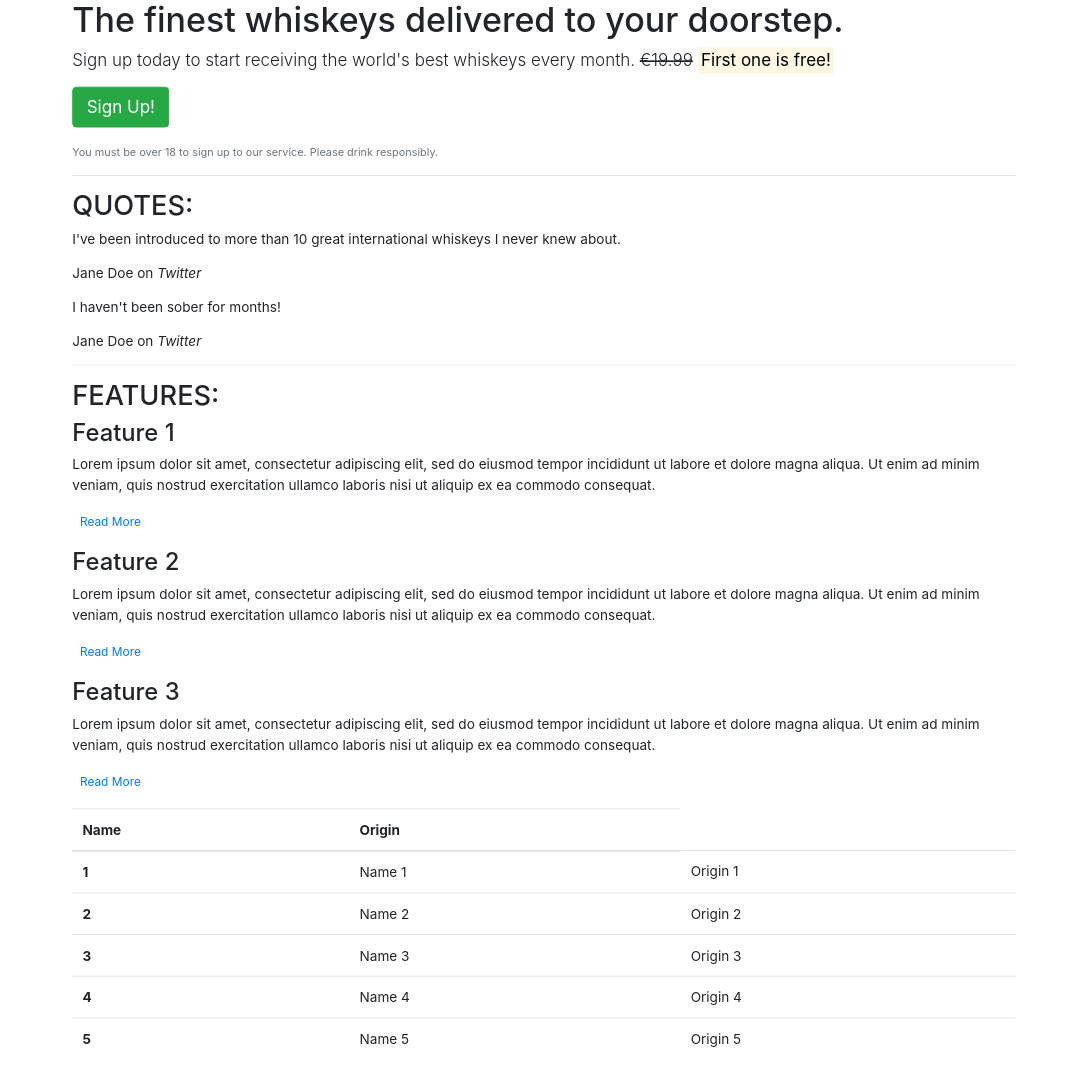
Repository: ElaineArchbold/bootstrap_landing_page1
Page: index.html
The author's editor kept a record of every edit. The page is drawn from the files as they stood at one moment, then again after the next edit.
The browser window is 1280 px wide. The pictures show the whole page, at 85% of full size.

Above is the page before.

### index.html
<!DOCTYPE html>
<html lang="en-us">

<head>
    <meta charset="utf-8">
    <meta name="viewport" content="width=device-width, initial-scale=1.0">
    <title>Whiskey Drop | Taste a new whiskey every month</title>
    <link rel="stylesheet" href="https://maxcdn.bootstrapcdn.com/bootstrap/4.1.3/css/bootstrap.min.css">
</head>

<body>
    <article class="container">
        <!-- Callout -->
        <section class="callout">
            <h1>The finest whiskeys delivered to your doorstep.</h1>
            <p class="lead">Sign up today to start receiving the world's best whiskeys every month. <s>€19.99</s> <strong><mark>First one is free!</mark></strong></p>
            <p><button class="btn btn-lg btn-success">Sign Up!</button></p>
            <p class="text-muted"><small>You must be over 18 to sign up to our service. Please drink responsibly.</small></p>
        </section>
        <!-- /.callout -->
        <hr>

        <!-- Quotes -->
        <section class="quotes">
            <h2 class="text-uppercase">Quotes:</h2>
            <blockquote class="quote">
                <p>I've been introduced to more than 10 great international whiskeys I never knew about.</p>
                <footer>Jane Doe on <cite title="Twitter">Twitter</cite></footer>
            </blockquote>
            <blockquote class="quote">
                <p>I haven't been sober for months!</p>
                <footer>Jane Doe on <cite title="Twitter">Twitter</cite></footer>
            </blockquote>
        </section>
        <!-- /.quotes -->
        <hr>

        <!-- Features -->
        <section class="features">
            <h2 class="text-uppercase">Features:</h2>
            <div class="feature">
                <h3>Feature 1</h3>
                <p>Lorem ipsum dolor sit amet, consectetur adipiscing elit, sed do eiusmod tempor incididunt ut labore et dolore magna aliqua. Ut enim ad minim veniam, quis nostrud exercitation ullamco laboris nisi ut aliquip ex ea commodo consequat.</p>
                <p><a class="btn btn-sm btn-default" href="">Read More</a></p>
            </div>
            <div class="feature">
                <h3>Feature 2</h3>
                <p>Lorem ipsum dolor sit amet, consectetur adipiscing elit, sed do eiusmod tempor incididunt ut labore et dolore magna aliqua. Ut enim ad minim veniam, quis nostrud exercitation ullamco laboris nisi ut aliquip ex ea commodo consequat.</p>
                <p><a class="btn btn-sm btn-default" href="">Read More</a></p>
            </div>
            <div class="feature">
                <h3>Feature 3</h3>
                <p>Lorem ipsum dolor sit amet, consectetur adipiscing elit, sed do eiusmod tempor incididunt ut labore et dolore magna aliqua. Ut enim ad minim veniam, quis nostrud exercitation ullamco laboris nisi ut aliquip ex ea commodo consequat.</p>
                <p><a class="btn btn-sm btn-default" href="">Read More</a></p>
            </div>
        </section>
        <!-- /.features -->

        <section class="monthly-favourites">
            <table class="table">
  <thead>
    <tr>
      <th scope="col">Name</th>
      <th scope="col">Origin</th>
    </tr>
  </thead>
  <tbody>
    <tr>
      <th scope="row">1</th>
      <td>Name 1</td>
      <td>Origin 1</td>
    </tr>
    <tr>
       <th scope="row">2</th>
      <td>Name 2</td>
      <td>Origin 2</td>
    </tr>
    <tr>
     <th scope="row">3</th>
      <td>Name 3</td>
      <td>Origin 3</td>
    </tr>
      <tr>
     <th scope="row">4</th>
      <td>Name 4</td>
      <td>Origin 4</td>
    </tr>
      <tr>
     <th scope="row">5</th>
      <td>Name 5</td>
      <td>Origin 5</td>
    </tr>
  </tbody>
</table>

        </section>
    </article>
</body>

</html>

After the next edit:
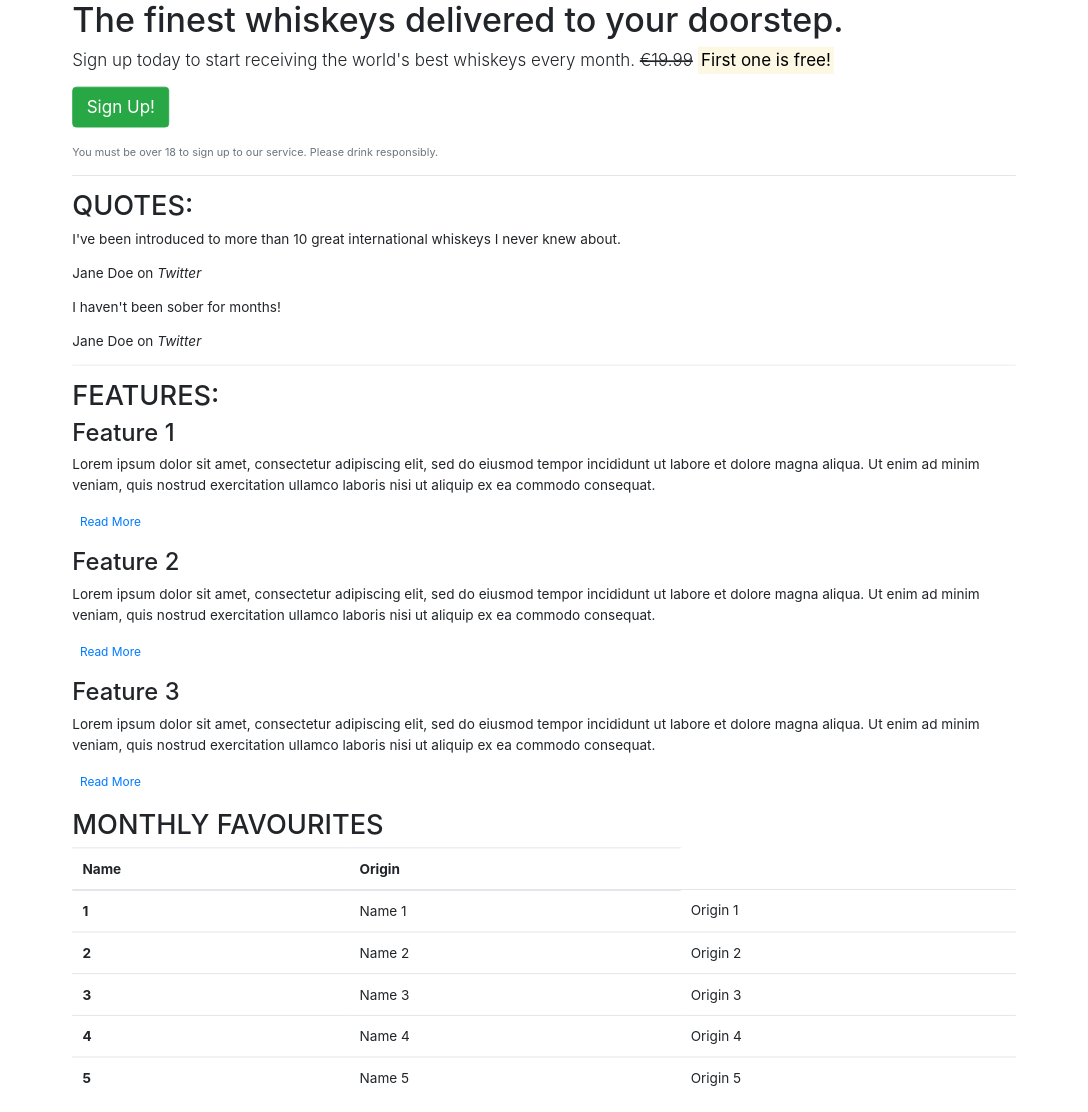
The edit:
--- a/index.html
+++ b/index.html
@@ -57,6 +57,8 @@
         <!-- /.features -->
 
         <section class="monthly-favourites">
+
+            <h2 class="text-uppercase">Monthly Favourites</h2>
             <table class="table">
   <thead>
     <tr>
